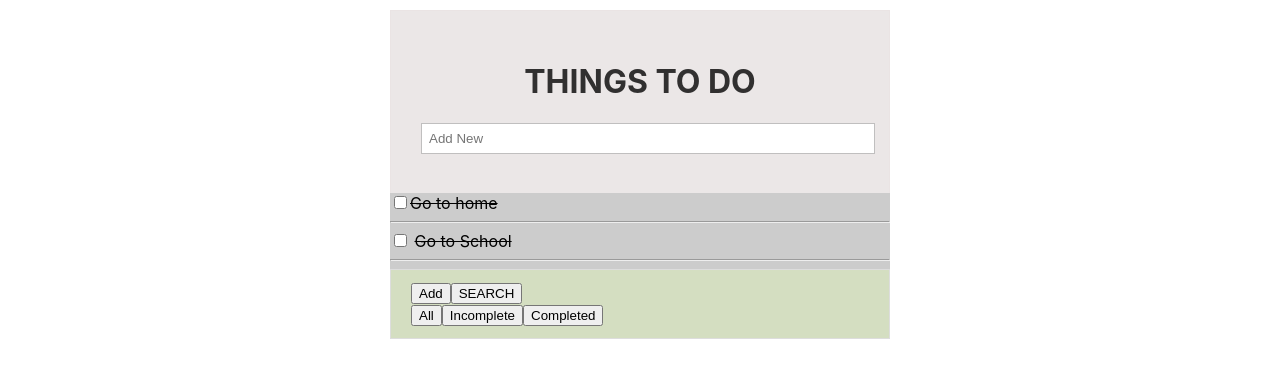
Repository: kirangautam45/To-Do-Application
Page: /
An editor plug-in stored every save of this project. The page is shown before and after the next save, followed by the edit.
The browser window is 1280 px wide. The pictures show the whole page.
The project was rebuilt for these pictures with package versions that can differ from the ones it lists, and the page was loaded fresh each time.

Above is the page before, as saved 2022-08-11 14:22:21.

After the next save:
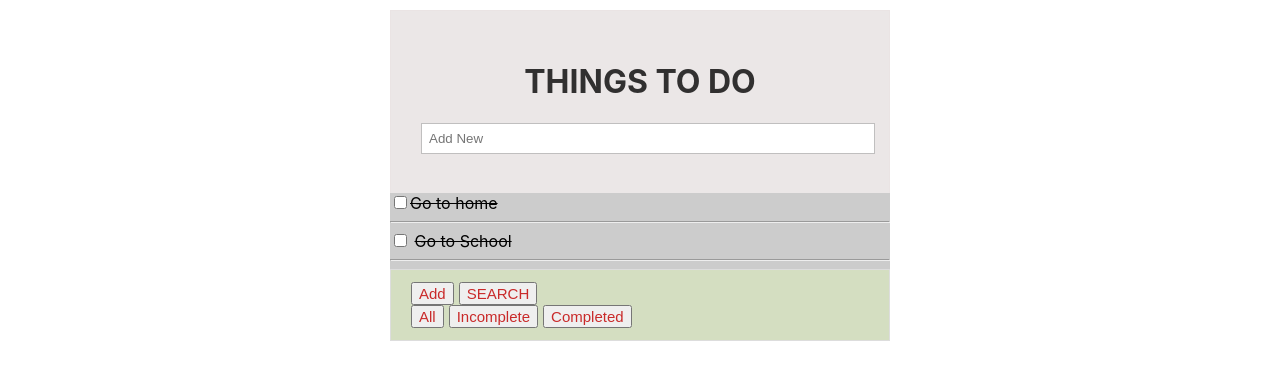
Saved 4 s later.
--- a/src/App.css
+++ b/src/App.css
@@ -35,7 +35,9 @@
 padding: 12px 20px;
 font-weight: 300
 }
-.Icon_left
+.Icon_left{
+
+}
 
 .Icon_button {
   height: auto;

After the 3 saves that followed:
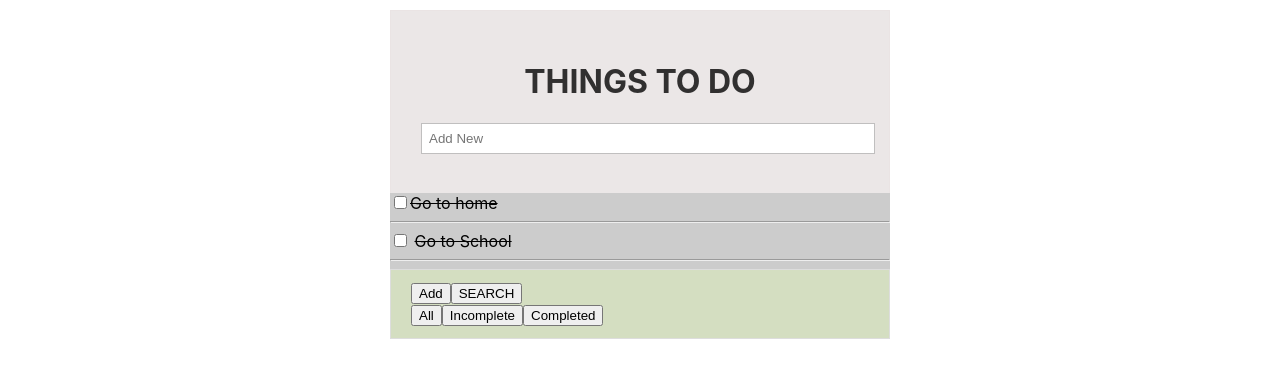
The 3 saves are shown as one change because they came seconds apart.
The last was saved 19 s later.
--- a/src/App.css
+++ b/src/App.css
@@ -38,6 +38,7 @@
 .Icon_left{
 
 }
+.Ico
 
 .Icon_button {
   height: auto;
